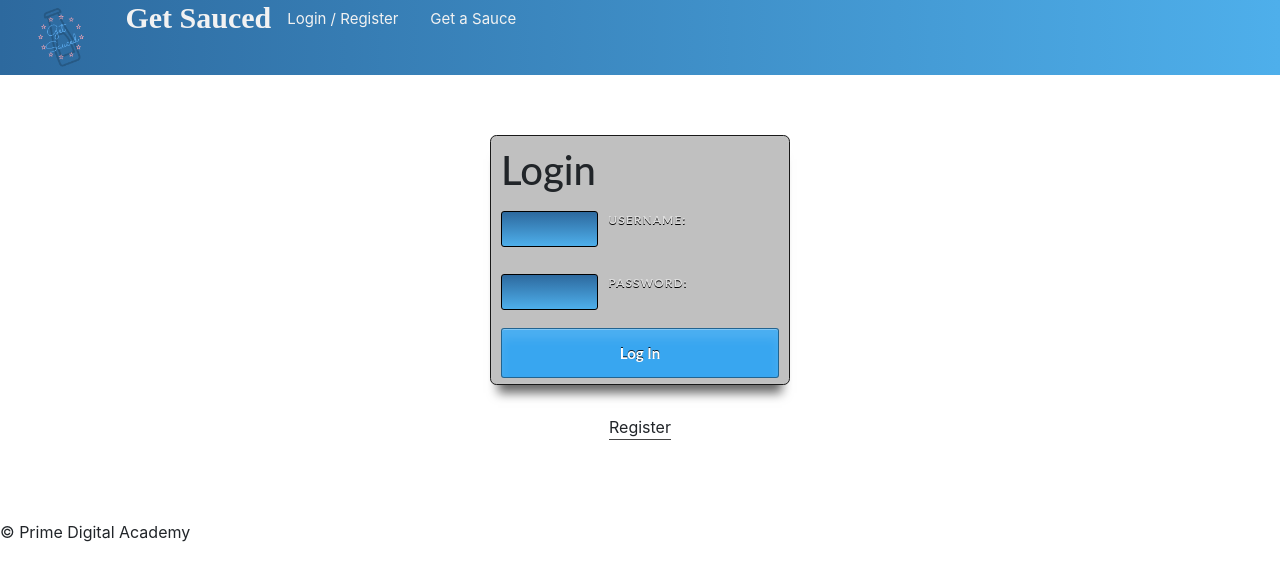
Repository: cossalter18/getSauced
Page: /
These files come from the project's save history. The page is drawn as it stood at one moment and after the next save; the edit follows.
The browser window is 1280 px wide. The pictures show the whole page.
The page's requests for data from a server got no answer. The project was rebuilt for these pictures with package versions that can differ from the ones it lists, and the page was loaded fresh each time. No one was signed in, and anything a server would have sent is missing. Also part of the build but not shown: src/components/LogOutButton/LogOutButton.js, src/components/RegisterPage/RegisterPage.js, src/components/AboutPage/AboutPage.css, src/components/AboutPage/AboutPage.js, src/components/UserPage/UserPage.js, src/components/BlogPost/BlogPost.js, src/components/NewPost/NewPost.css, src/components/NewPost/NewPost.js and 8 more.

Above is the page before, as saved 2020-06-03 11:32:05.

After the next save:
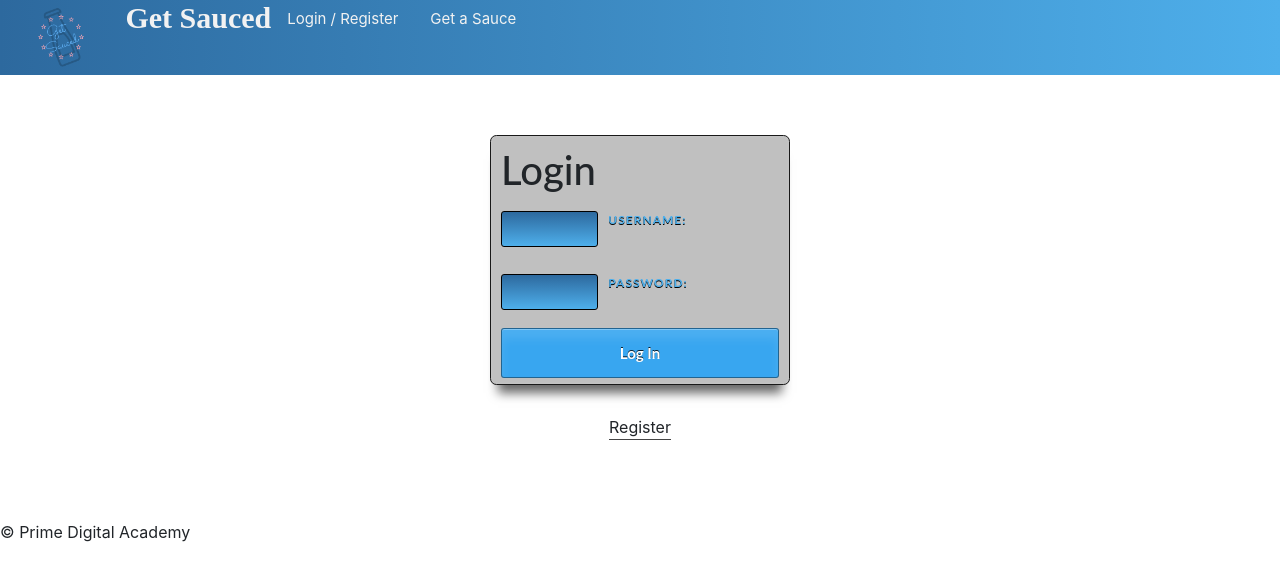
Saved 32 s later.
--- a/src/components/LoginPage/LoginPage.css
+++ b/src/components/LoginPage/LoginPage.css
@@ -24,7 +24,7 @@
     padding-top: 9px;
 
     /* Styles */
-    color: #ddd;
+    color: #4eafeb;
     font-size: 12px;
     text-transform: uppercase;
     letter-spacing: 1px;
